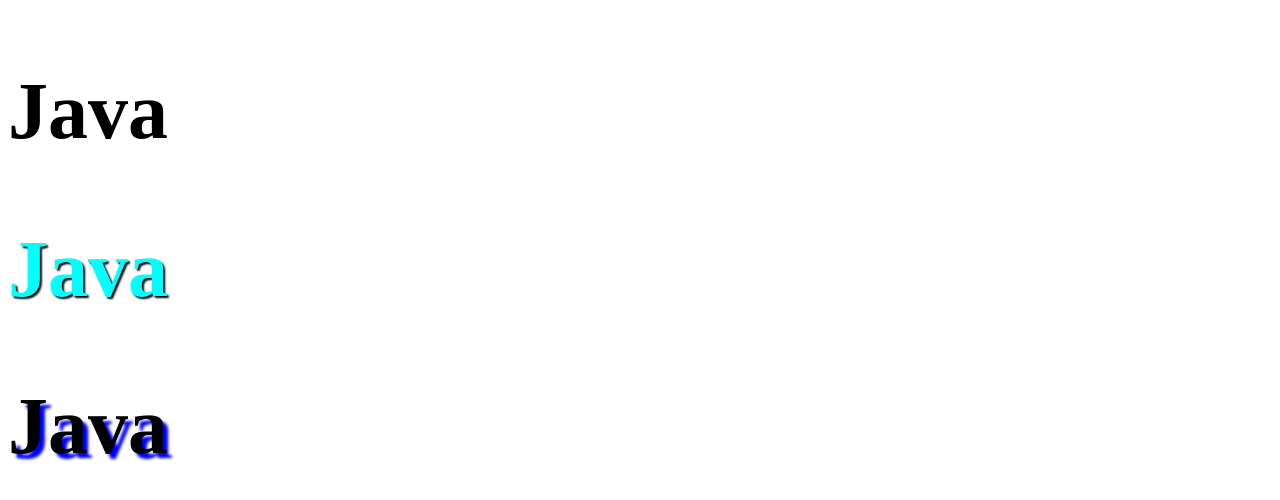
Repository: yeosong-SMU/Java-Fulls-tack
Page: html/src/main/webapp/ch02/shadow.html
These files come from the project's save history. The page is drawn as it stood at one moment and after the next save; the edit follows.
The browser window is 1280 px wide. The pictures show the whole page.

Above is the page before, as saved 2025-04-02 01:06:27.

After the next save:
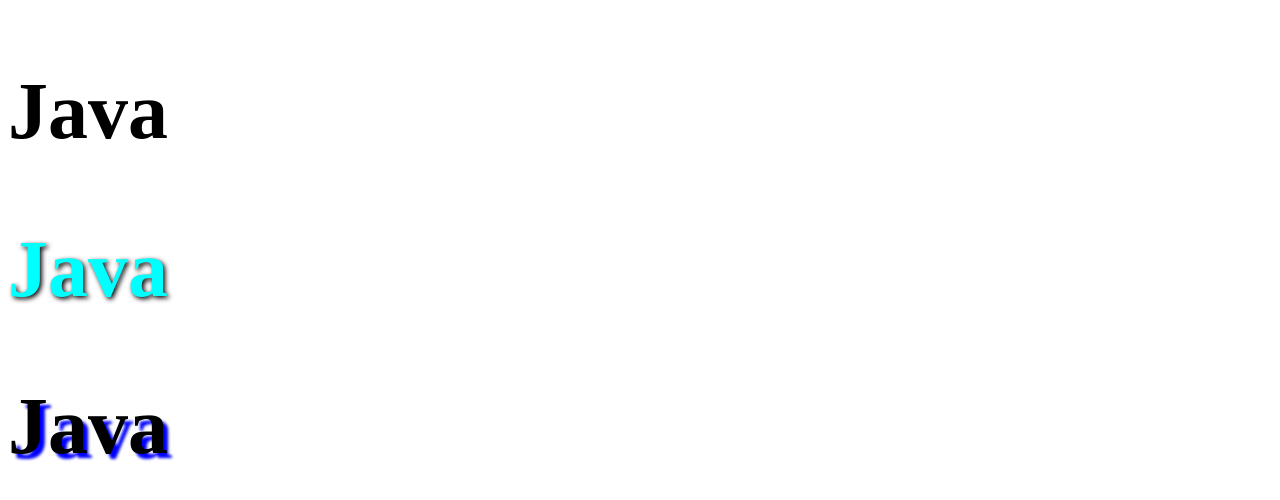
Saved 2 min 42 s later.
--- a/html/src/main/webapp/ch02/shadow.html
+++ b/html/src/main/webapp/ch02/shadow.html
@@ -11,7 +11,7 @@
 /* x y blur(흐림정도) 그림자색상 */
 .shadow1 {
 	color: cyan;
-	text-shadow: 2px 2px 2px #000000;
+	text-shadow: 2px 2px 5px #000000;
 }
 
 .shadow2 {
